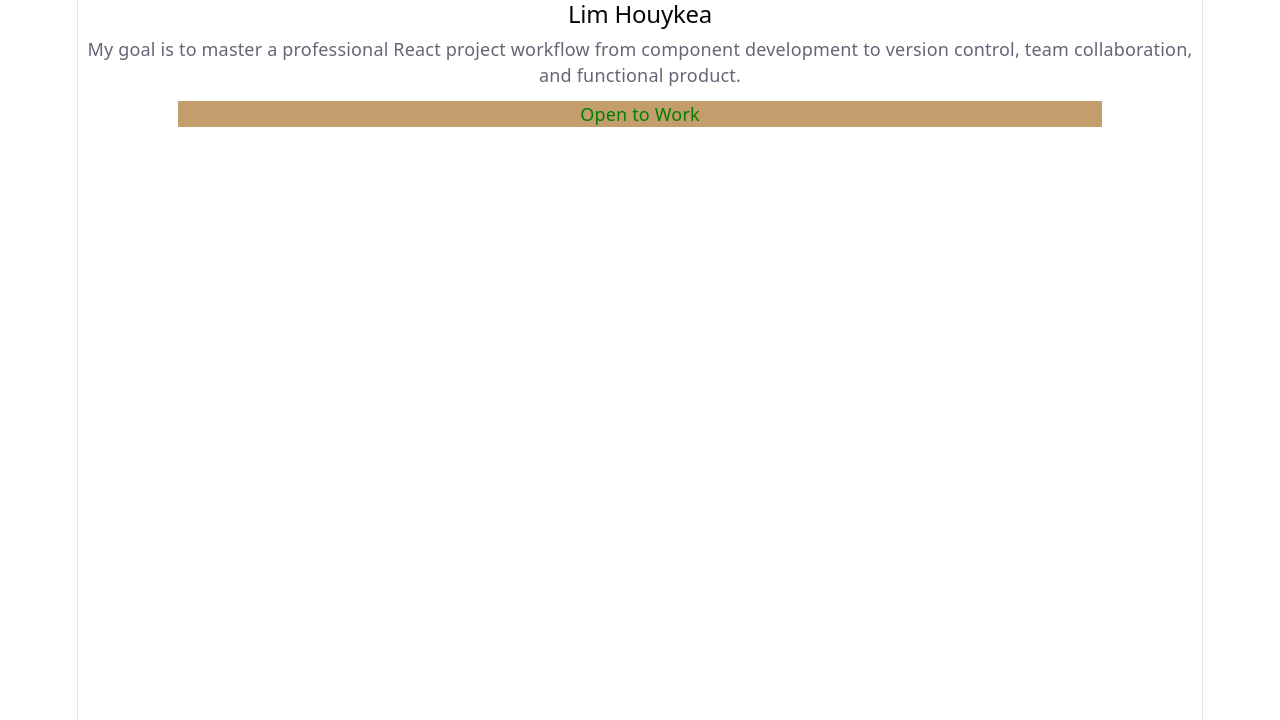
Repository: Houykea/jia-portfolio
Page: /
These files come from the project's save history. The page is drawn as it stood at one moment and after the next save; the edit follows.
The browser window is 1280 px wide. The pictures show the whole page.
The project was rebuilt for these pictures with package versions that can differ from the ones it lists, and the page was loaded fresh each time. Also part of the build but not shown: vite.config.js.

Above is the page before, as saved 2026-09-11 16:57:53.

### index.html
<!doctype html>
<html lang="en">
  <head>
    <meta charset="UTF-8" />
    <link rel="icon" type="image/svg+xml" href="/favicon.svg" />
    <meta name="viewport" content="width=device-width, initial-scale=1.0" />
    <title>jia-portfolio</title>
  </head>
  <body>
    <div id="root"></div>
    <script type="module" src="/src/main.jsx"></script>
  </body>
</html>

### src/index.css
:root {
  --text: #6b6375;
  --text-h: #08060d;
  --bg: #fff;
  --border: #e5e4e7;
  --code-bg: #f4f3ec;
  --accent: #aa3bff;
  --accent-bg: rgba(170, 59, 255, 0.1);
  --accent-border: rgba(170, 59, 255, 0.5);
  --social-bg: rgba(244, 243, 236, 0.5);
  --shadow:
    rgba(0, 0, 0, 0.1) 0 10px 15px -3px, rgba(0, 0, 0, 0.05) 0 4px 6px -2px;

  --sans: system-ui, 'Segoe UI', Roboto, sans-serif;
  --heading: system-ui, 'Segoe UI', Roboto, sans-serif;
  --mono: ui-monospace, Consolas, monospace;

  font: 18px/145% var(--sans);
  letter-spacing: 0.18px;
  color-scheme: light dark;
  color: var(--text);
  background: var(--bg);
  font-synthesis: none;
  text-rendering: optimizeLegibility;
  -webkit-font-smoothing: antialiased;
  -moz-osx-font-smoothing: grayscale;

  @media (max-width: 1024px) {
    font-size: 16px;
  }
}

@media (prefers-color-scheme: dark) {
  :root {
    --text: #9ca3af;
    --text-h: #f3f4f6;
    --bg: #16171d;
    --border: #2e303a;
    --code-bg: #1f2028;
    --accent: #c084fc;
    --accent-bg: rgba(192, 132, 252, 0.15);
    --accent-border: rgba(192, 132, 252, 0.5);
    --social-bg: rgba(47, 48, 58, 0.5);
    --shadow:
      rgba(0, 0, 0, 0.4) 0 10px 15px -3px, rgba(0, 0, 0, 0.25) 0 4px 6px -2px;
  }

  #social .button-icon {
    filter: invert(1) brightness(2);
  }
}

body {
  margin: 0;
}

#root {
  width: 1126px;
  max-width: 100%;
  margin: 0 auto;
  text-align: center;
  border-inline: 1px solid var(--border);
  min-height: 100svh;
  display: flex;
  flex-direction: column;
  box-sizing: border-box;
}

h1,
h2 {
  font-family: var(--heading);
  font-weight: 500;
  color: var(--text-h);
}

h1 {
  font-size: 56px;
  letter-spacing: -1.68px;
  margin: 32px 0;
  @media (max-width: 1024px) {
    font-size: 36px;
    margin: 20px 0;
  }
}
h2 {
  font-size: 24px;
  line-height: 118%;
  letter-spacing: -0.24px;
  margin: 0 0 8px;
  @media (max-width: 1024px) {
    font-size: 20px;
  }
}
p {
  margin: 0;
}

code,
.counter {
  font-family: var(--mono);
  display: inline-flex;
  border-radius: 4px;
  color: var(--text-h);
}

code {
  font-size: 15px;
  line-height: 135%;
  padding: 4px 8px;
  background: var(--code-bg);
}

### src/App.jsx
import { useState } from 'react'
import './App.css'
import StatusBadge from './StatusBadge'
import SectionHeading from "./components/Headings";

function App() {
  return (
    <>
      <SectionHeading title="Lim Houykea"/>
      <p>My goal is to master a professional React project workflow from component development to version control, team collaboration, and functional product.</p>
      <StatusBadge isOpenToWork={true}/>
    </>
  )
}

export default App

### src/App.css

.green {
  color: green;
  background-color: rgb(196, 157, 108);
  margin-left: 100px;
  margin-right: 100px;
  margin-top: 12px;  ;
}

.gray {
  color: gray;
  background-color: bisque;
  margin:100px

}

### src/StatusBadge.jsx
const StatusBadge = ({isOpenToWork}) => {
  const statusText = isOpenToWork ? "Open to Work" : "Busy learning"
  const statusColor = isOpenToWork ? "green" : "gray"
  return (
    <span className={statusColor}>
      {statusText}
    </span>
  )
}
export default StatusBadge;

### src/components/Headings.jsx
function SectionHeading(props) {
  const title = props.title;

  return (
    <h2 className="text-gray-900 text-xl font-semibold mb-4 p-4">
      {title}
    </h2>
  )
}

export default SectionHeading

Loaded but not shown: src/main.tsx (common file)

After the next save:
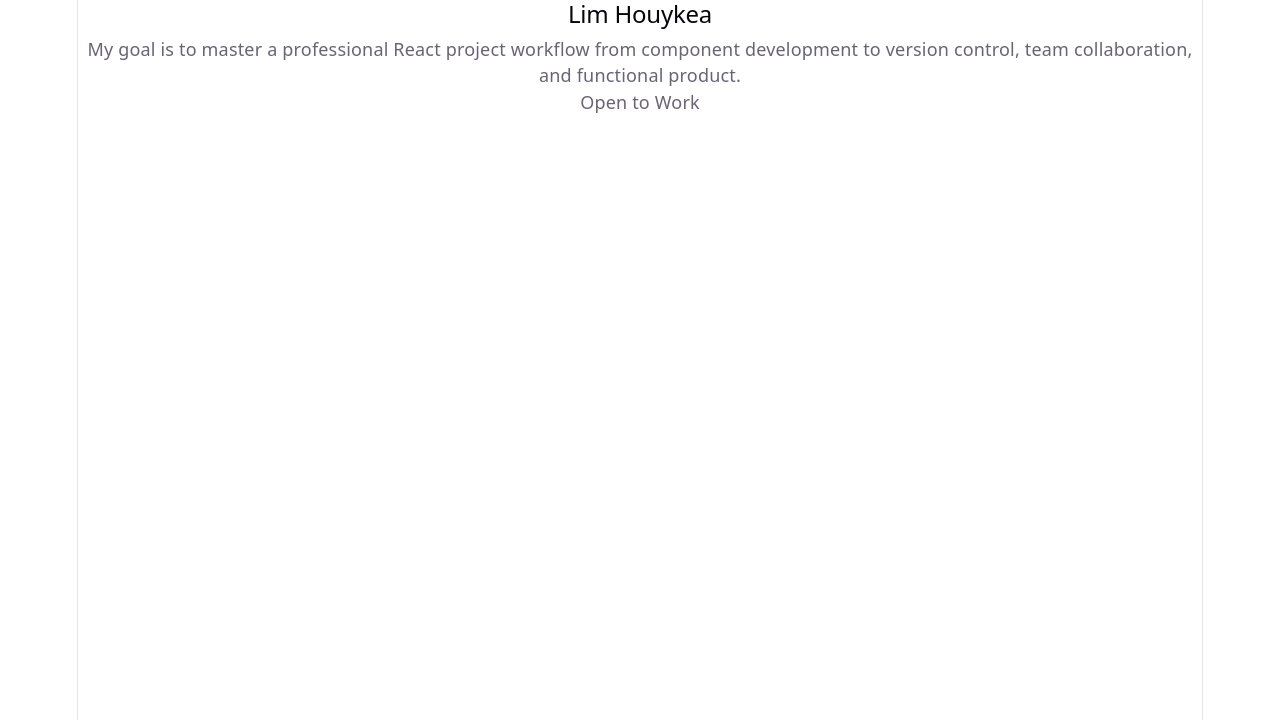
Saved 4 s later.
--- a/src/App.css
+++ b/src/App.css
@@ -1,4 +1,4 @@
-
+@import
 .green {
   color: green;
   background-color: rgb(196, 157, 108);
